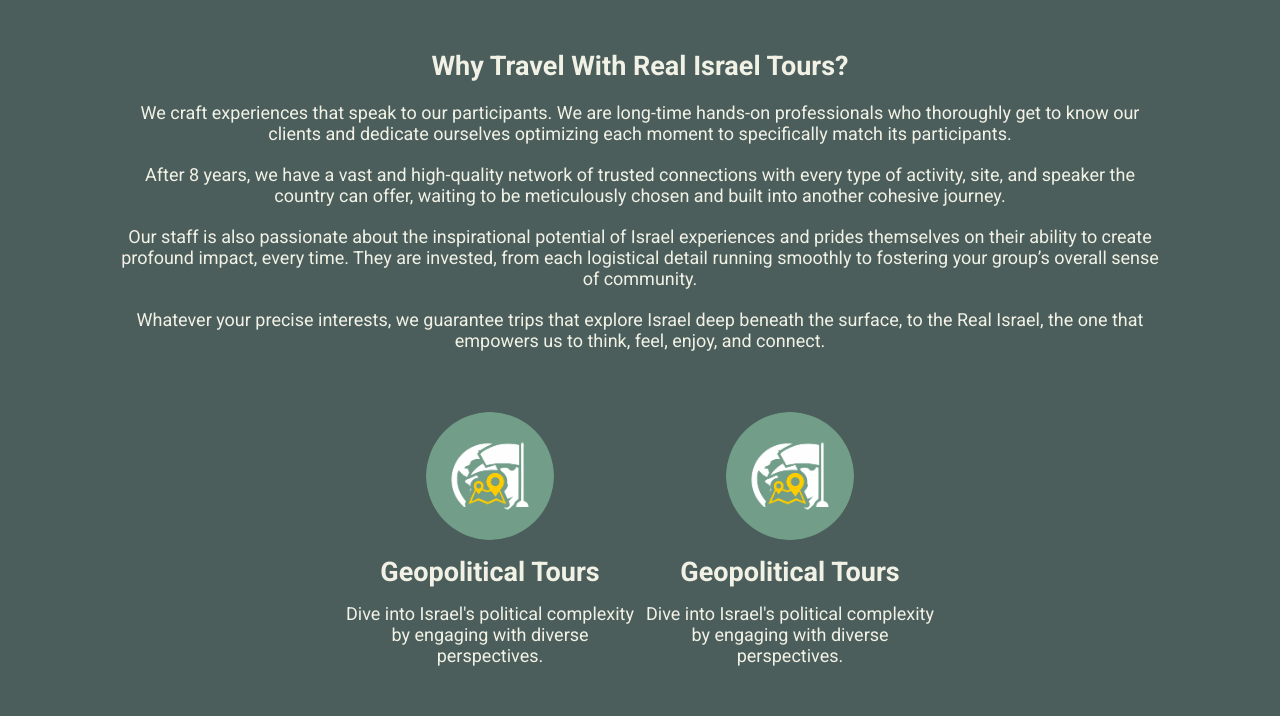
Repository: Pafestivo/realIsraelTours
Page: / (app in frontend/)
An editor plug-in stored every save of this project. The page is shown before and after the next save, followed by the edit.
The browser window is 1280 px wide. The pictures show the part of the page from y = 720 to 1436 px (the page is 1436 px tall).
The project was rebuilt for these pictures with package versions that can differ from the ones it lists, and the page was loaded fresh each time. The framework's server and built-in components were replaced by stand-ins that run in the browser. Also part of the build but not shown: frontend/next.config.js. Imported but missing from the stored project, and not drawn on this page: frontend/src/assets/videoBG.mp4.

Above is the page before, as saved 2023-09-20 13:50:10.

After the next save:
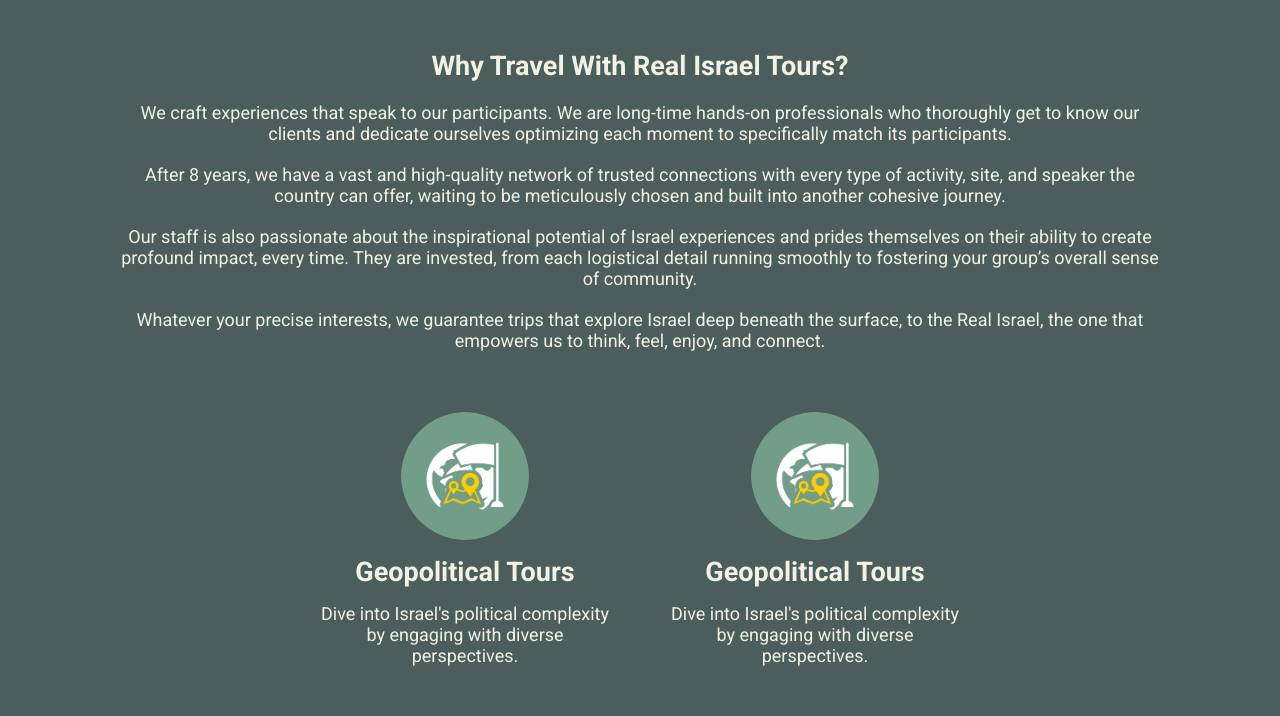
Saved 10 s later.
--- a/frontend/src/styles/homePage.css
+++ b/frontend/src/styles/homePage.css
@@ -66,6 +66,7 @@
   width: 100%;
   flex-wrap: wrap;
   row-gap: 80px;
+  column-gap: 50px;
   justify-content: center;
   align-items: center;
 }
